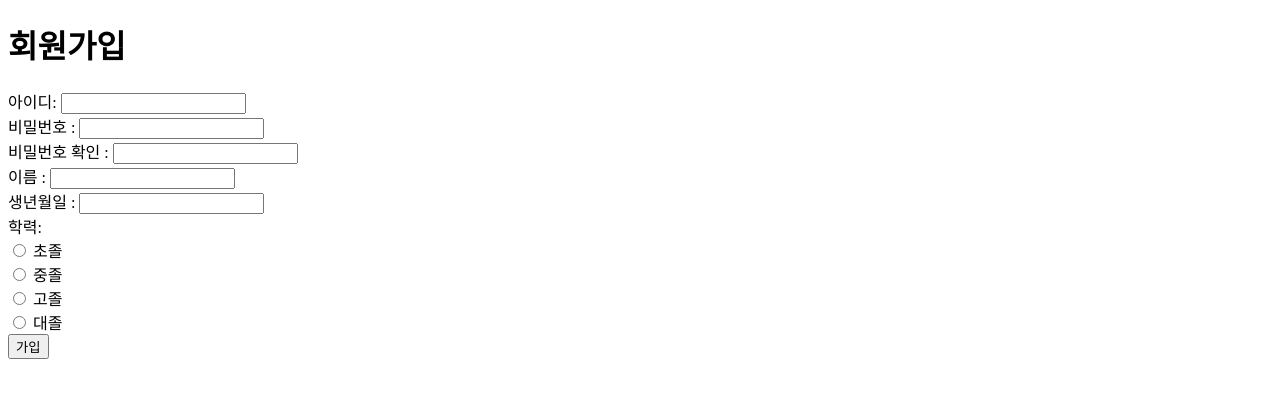
Repository: rmh6363/javastudy
Page: HelloWorld/WebContent/d.html
An editor plug-in stored every save of this project. The page is shown before and after the next save, followed by the edit.
The browser window is 1280 px wide. The pictures show the whole page.

Above is the page before, as saved 2020-12-04 08:33:03.

After the next save:
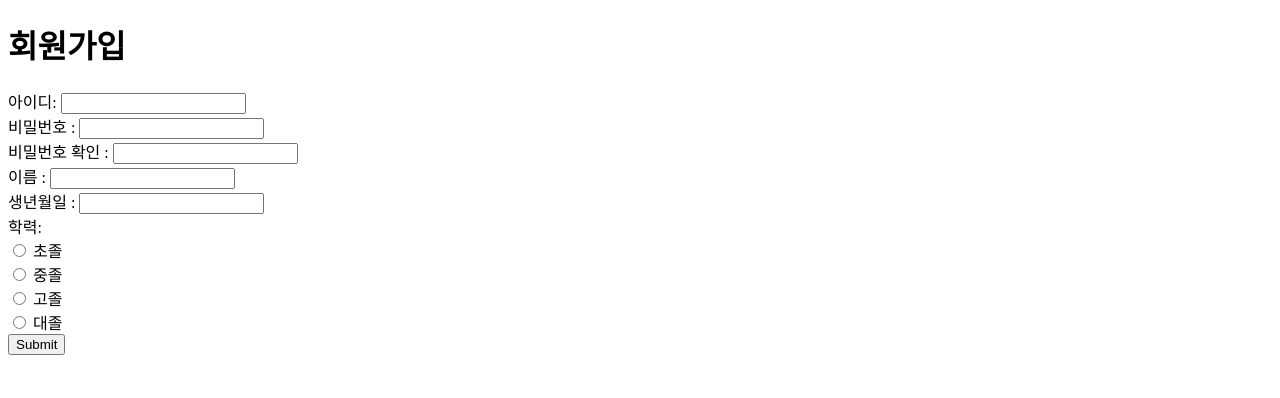
Saved 38 s later.
--- a/HelloWorld/WebContent/d.html
+++ b/HelloWorld/WebContent/d.html
@@ -32,7 +32,7 @@
 <br>
 <input type="radio" name = "school" value="es" id = "us"> <label for = "us">대졸</label>
 <br>
-<button>가입</button>
+<input type="submit" name = "가입">
 
 </form>
 
